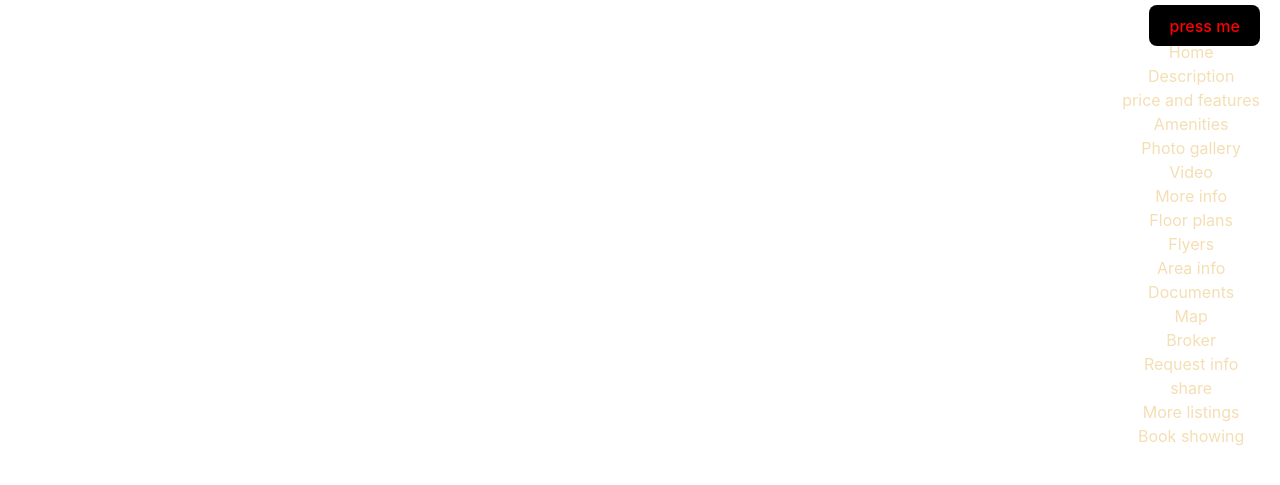
Repository: TMuse333/real-estate-landingpage
Page: /
These files come from the project's save history. The page is drawn as it stood at one moment and after the next save; the edit follows.
The browser window is 1280 px wide. The pictures show the whole page.
The project was rebuilt for these pictures with package versions that can differ from the ones it lists, and the page was loaded fresh each time. Also part of the build but not shown: vite.config.js.

Above is the page before, as saved 2023-09-19 16:36:24.

After the next save:
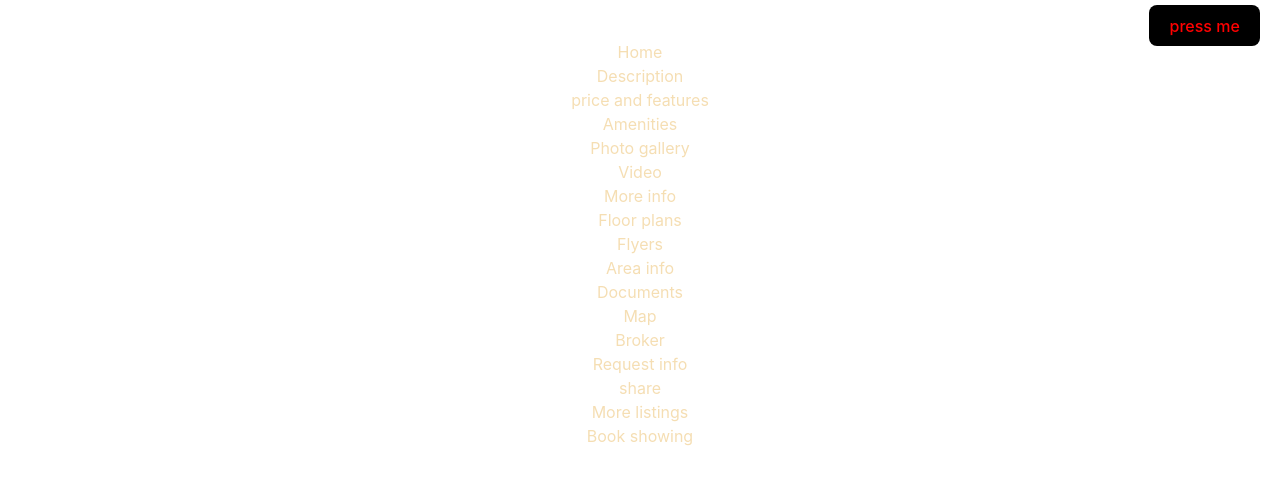
Saved 69 s later.
--- a/src/App.css
+++ b/src/App.css
@@ -30,7 +30,7 @@ padding: 0;
 
 position: absolute;
 top:40px;
-right: 20px;
+
   color: wheat;
 }
 
